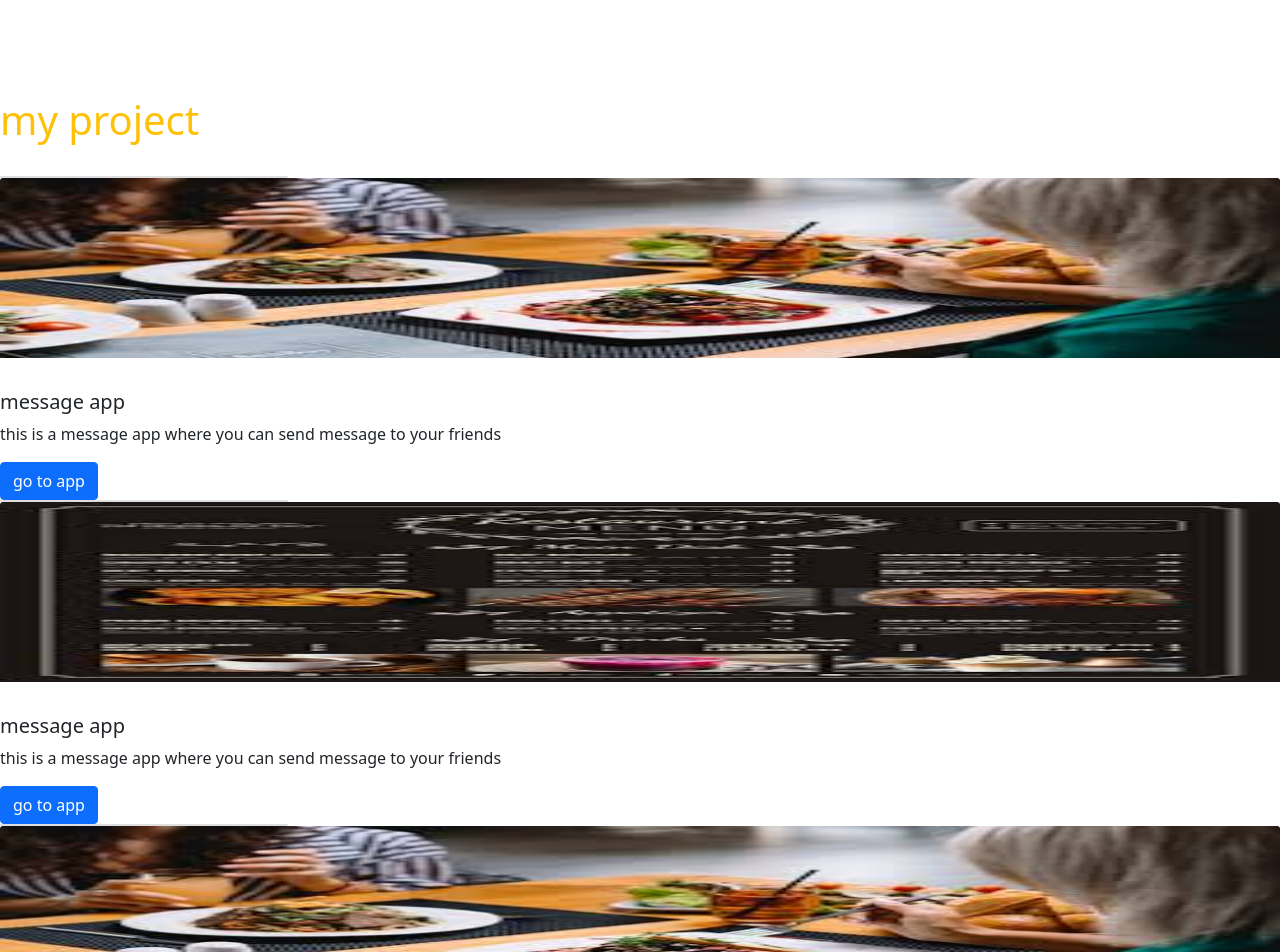
Repository: abeera518/part-2
Page: project.html
An editor plug-in stored every save of this project. The page is shown before and after a run of saves, followed by the edit.
The browser window is 1280 px wide. The pictures show the part of the page from y = 0 to 952 px (the page is 1472 px tall before and 1302 px after).

Above is the page before, as saved 2025-11-20 23:28:56.

After the next 2 saves:
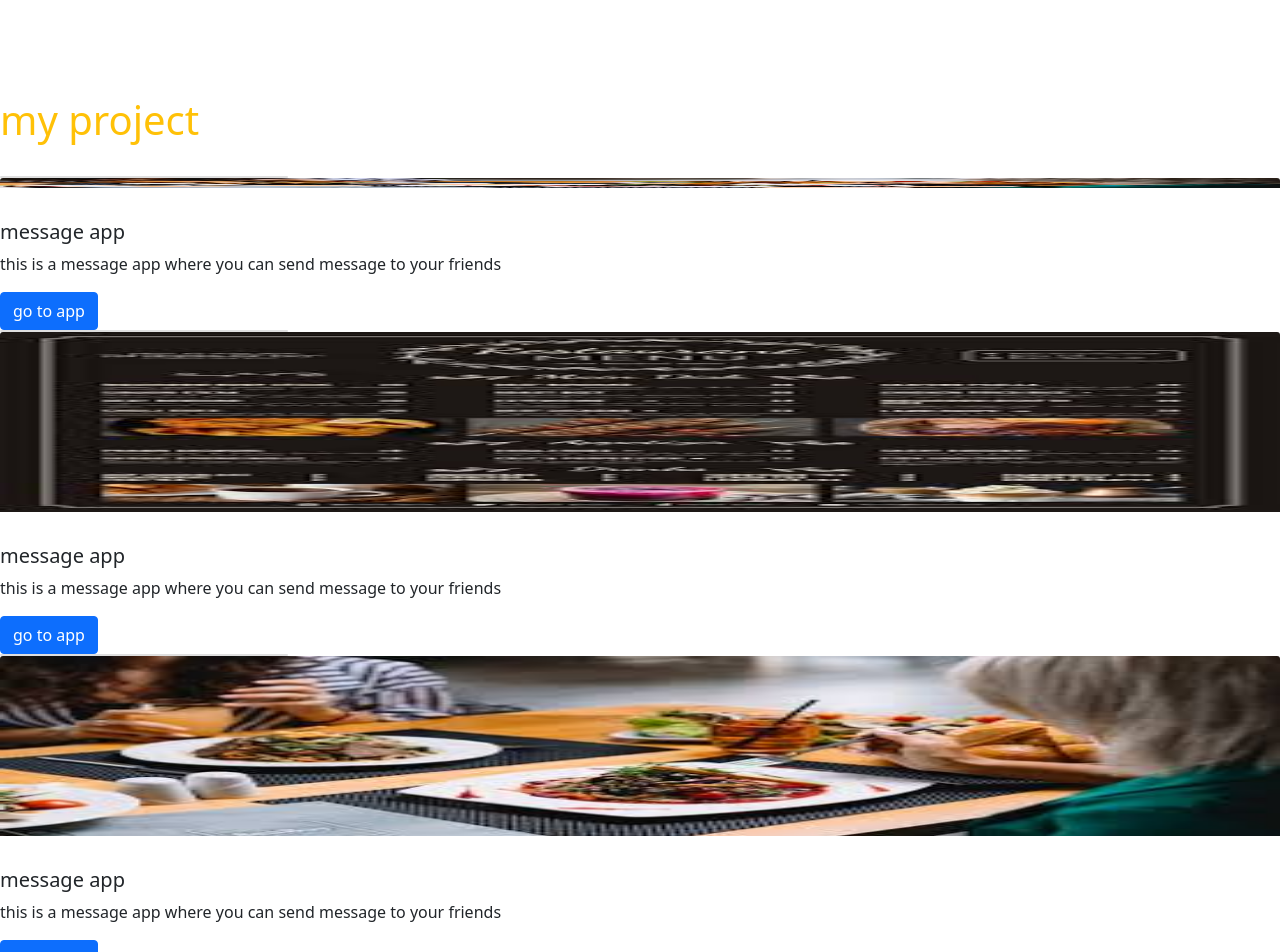
The 2 saves are shown as one change because they came seconds apart.
The last was saved 57 s later.
--- a/project.html
+++ b/project.html
@@ -15,7 +15,7 @@
     <div class="row"></div>
     <div class="card" style="width:18rem;"></div>
     <img src="download.jpg" class="card-img-top"
-        style="height:180 ;">
+        style="height:10 ;">
     <div class="card-body"></div>
     <h5 class="card-title">message app</h5>
     <p class="card-text">this is a message app where you can send message to your friends</p>
